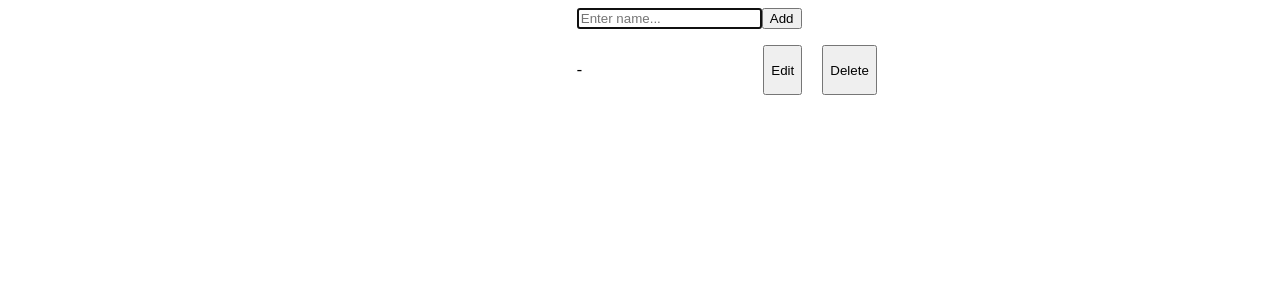
Repository: dohuuxuyen/redux-todolist
Page: /, after clicking the first element matching `button`
These files come from the project's save history. The page is drawn as it stood at one moment and after the next save; the edit follows.
The browser window is 1280 px wide. The pictures show the whole page.
The project was rebuilt for these pictures with package versions that can differ from the ones it lists, and the page was loaded fresh each time. Also part of the build but not shown: src/App.css.

Above is the page before, as saved 2022-04-30 13:59:40.

### src/index.js
import React from "react";
import ReactDOM from "react-dom/client";
import { Provider } from "react-redux";
import App from "./App";
import store from "./redux/store";

const root = ReactDOM.createRoot(document.getElementById("root"));
root.render(
  <Provider store={store}>
    <App />
  </Provider>
);

### src/App.js
import "./App.css";
import Todos from "./components/Todos/Todos";

function App() {
  return (
    <div className="App">
      <Todos />
    </div>
  );
}

export default App;

### src/components/Todos/Todos.jsx
import React, { useRef } from "react";
import { useDispatch, useSelector } from "react-redux";
import { addTodos, deleteTodos, setTodoInput } from "../../redux/actions";
import { todoInputSelector, todosSelector } from "../../redux/selector";

const Todos = () => {
  const refTodoInput = useRef();
  const todoInput = useSelector(todoInputSelector);
  const todos = useSelector(todosSelector);
  const dispatch = useDispatch();
  console.log(todos);

  const handleTodoInputChange = (e) => {
    dispatch(setTodoInput(e.target.value));
  };

  const handleAdd = () => {
    dispatch(addTodos(todoInput));
    dispatch(setTodoInput(""));
    refTodoInput.current.focus();
  };
  console.log(todoInput);

  const handleDelete = (index) => {
    dispatch(deleteTodos(index));
  };
  return (
    <div style={{ width: "300px", marginLeft: "45%" }}>
      <input
        ref={refTodoInput}
        value={todoInput}
        type="text"
        placeholder="Enter name..."
        onChange={handleTodoInputChange}
      />
      <button onClick={handleAdd}>Add</button>
      <ul style={{ width: "100%", paddingLeft: 0 }}>
        {todos.map((todo, index) => (
          <li style={{ display: "flex" }} key={index}>
            <p style={{ flex: "1" }}>- {todo}</p>
            <button style={{}} onClick={() => handleDelete(index)}>
              Edit
            </button>
            <button
              style={{ marginLeft: "20px" }}
              onClick={() => handleDelete(index)}
            >
              Delete
            </button>
          </li>
        ))}
      </ul>
    </div>
  );
};

export default Todos;

### src/redux/reducer.js
import { combineReducers } from "redux";
import todosReducer from "../components/Todos/todosReducer";

const rootReducer = combineReducers({
  todos: todosReducer,
});

export default rootReducer;

### src/redux/actions.js
export const searchFilter = (payload) => {
  return {
    type: "Filter/SEARCH_FILTER",
    payload: payload,
  };
};

export const setTodoInput = (payload) => {
  return {
    type: "Todos/SET_TODO_INPUT",
    payload: payload,
  };
};

export const addTodos = (payload) => {
  return {
    type: "Todos/ADD_TODOS",
    payload: payload,
  };
};

export const deleteTodos = (payload) => {
  return {
    type: "Todos/DELETE_TODOS",
    payload: payload,
  };
};

export const clearTodos = (payload) => {
  return {
    type: "Todos/CLEAR_TODOS",
    payload: payload,
  };
};

export const updateTodos = (payload) => {
  return {
    type: "Todos/UPDATE_TODOS",
    payload: payload,
  };
};

### src/redux/selector.js
export const todoInputSelector = (state) => state.todos.todoInput;
export const todosSelector = (state) => state.todos.todos;

### src/components/Todos/todosReducer.js
const initialState = {
  todoInput: "",
  todos: [],
};

const todosReducer = (state = initialState, action) => {
  switch (action.type) {
    case "Todos/SET_TODO_INPUT":
      return {
        ...state,
        todoInput: action.payload,
      };
    case "Todos/ADD_TODOS":
      return {
        ...state,
        todos: [...state.todos, action.payload],
      };
    case "Todos/DELETE_TODOS":
      return {
        ...state,
        todos: [
          ...state.todos.filter((todo, index) => index !== action.payload),
        ],
      };
    default:
      return state;
  }
};

export default todosReducer;

Loaded but not shown: public/index.html (common file); src/redux/store.js (common file)

After the next save:
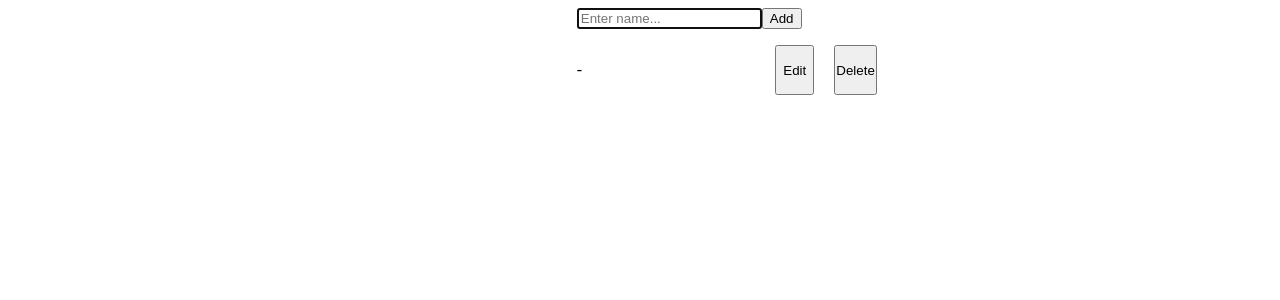
Saved 24 s later.
--- a/src/components/Todos/Todos.jsx
+++ b/src/components/Todos/Todos.jsx
@@ -42,7 +42,7 @@ const Todos = () => {
               Edit
             </button>
             <button
-              style={{ marginLeft: "20px" }}
+              style={{ marginLeft: "20px", padding: "0" }}
               onClick={() => handleDelete(index)}
             >
               Delete
